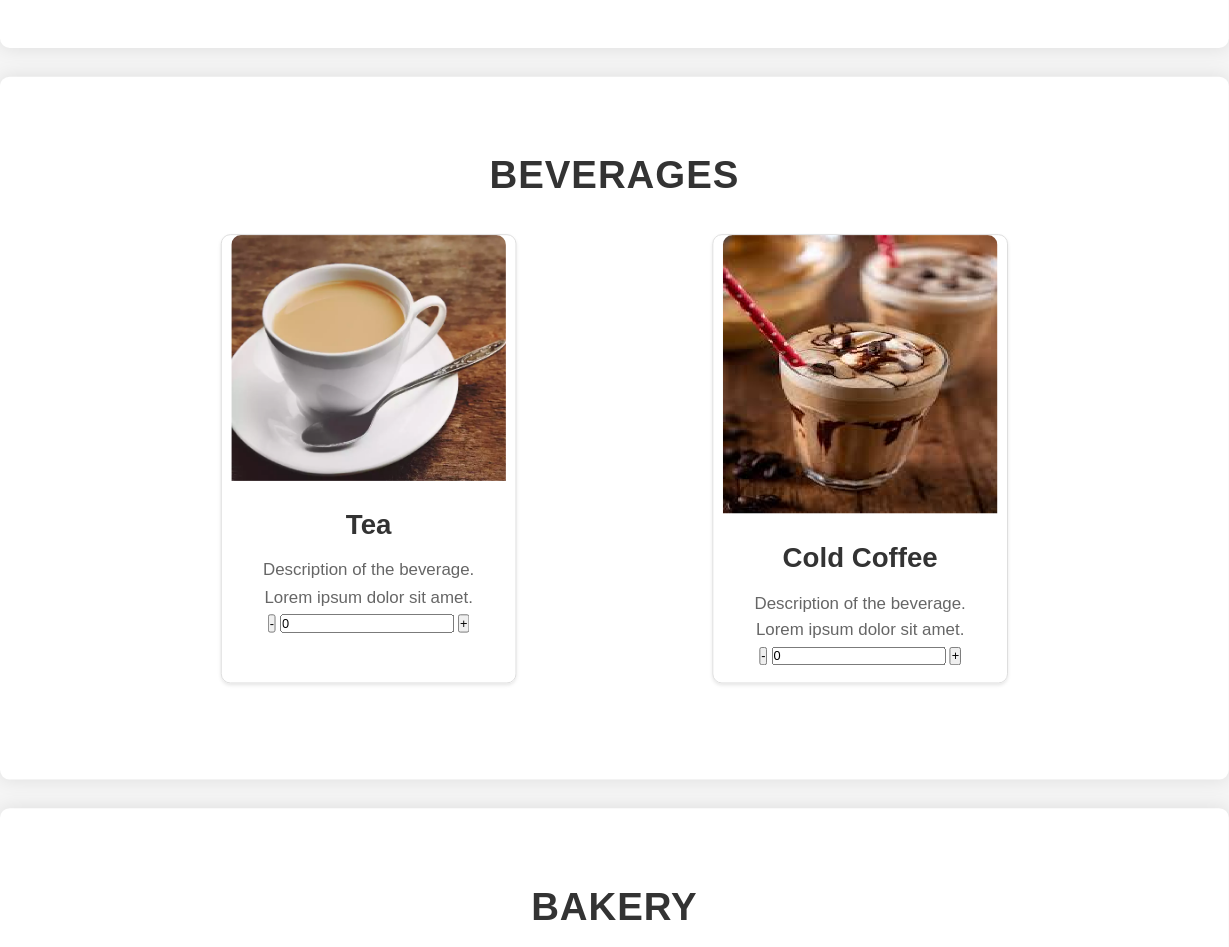
Repository: Mayanksaini1224/eclipse-workspace
Page: Restaurant/src/main/webapp/Menu.html
An editor plug-in stored every save of this project. The page is shown before and after the next save, followed by the edit.
The browser window is 1280 px wide. The pictures show the part of the page from y = 1502 to 2488 px (the page is 3953 px tall before and 3975 px after), at 96% of full size.
A picture or video elsewhere on the page could not be fetched, so the positions and the page height are approximate.

Above is the page before, as saved 2024-06-30 11:38:38.

After the next save:
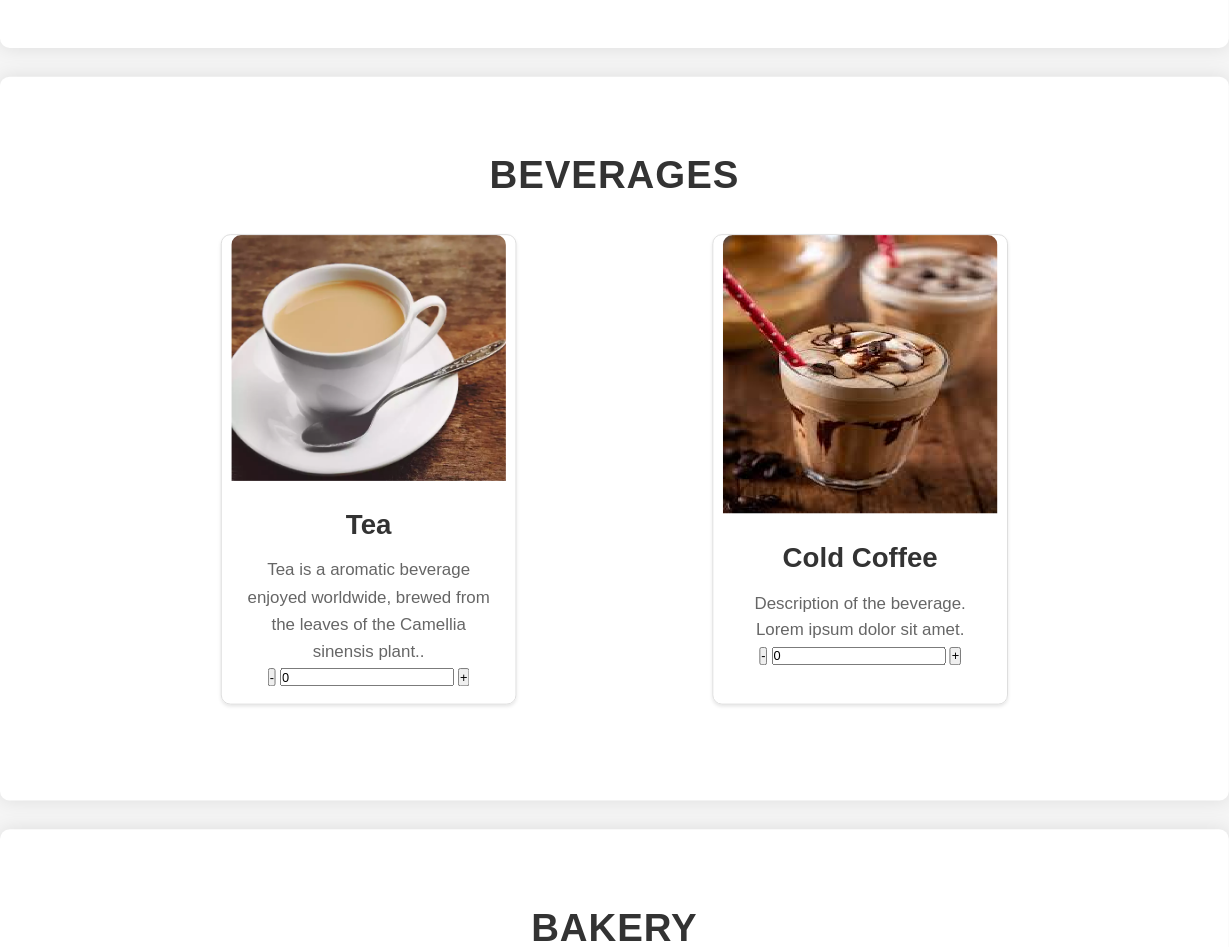
Saved 7 min 46 s later.
--- a/Restaurant/src/main/webapp/Menu.html
+++ b/Restaurant/src/main/webapp/Menu.html
@@ -323,7 +323,7 @@
                     <img src="Tea.png" alt="Beverage 1">
                     <div class="menu-item-content">
                         <h3>Tea</h3>
-                        <p>Description of the beverage. Lorem ipsum dolor sit amet.</p>
+                        <p>Tea is a aromatic beverage enjoyed worldwide, brewed from the leaves of the Camellia sinensis plant..</p>
                         <div class="quantity">
                             <button class="quantity-btn minus" onclick="decrementQuantity('quantity_beverage1')">-</button>
                             <input type="number" id="quantity_beverage1" name="quantity_beverage1" min="0" value="0">
